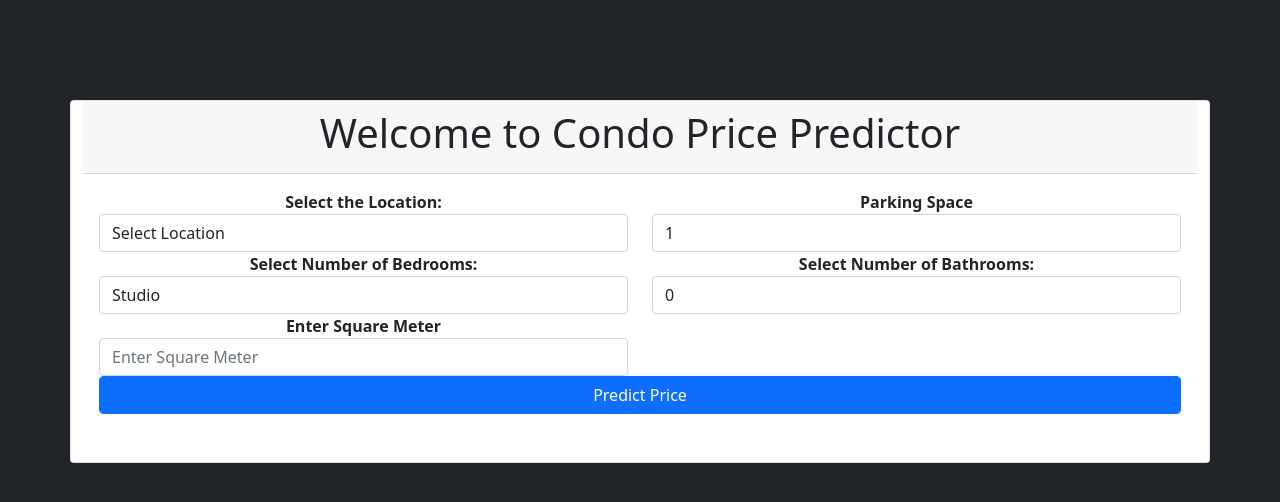
Repository: myothida/condoprice_CNX
Page: http://localhost/
An editor plug-in stored every save of this project. The page is shown before and after a run of saves, followed by the edit.
The browser window is 1280 px wide. The pictures show the whole page.
The page is served by the project's application, run on Flask 3 (main.py).

Above is the page before, as saved 2023-09-26 23:36:06.

After the next 2 saves:
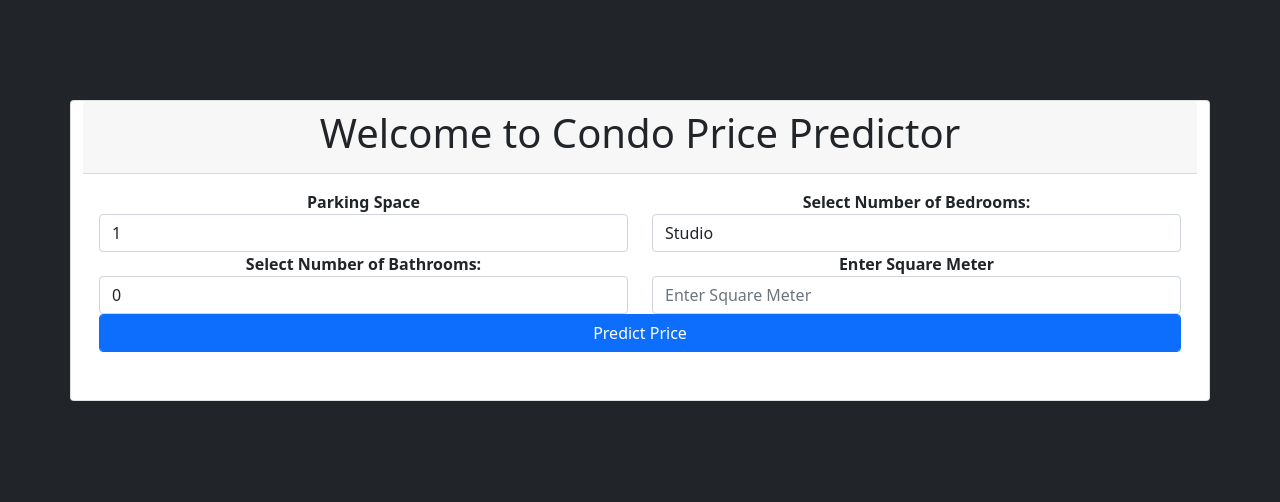
The 2 saves are shown as one change because 1 did not build or start.
The last was saved 60 s later.
--- a/templates/index.html
+++ b/templates/index.html
@@ -25,22 +25,6 @@
           <div class="card-body">
             <form method="post" accept-charset="utf-8">
               <div class="row">
-                <div class="col-md-6 form-group" style="text-align: center">
-                  <label><b> Select the Location: </b> </label>
-                  <select
-                    class="selectpicker form-control"
-                    id="location"
-                    name="location"
-                    required="required"
-                  >
-                    >
-                    <option value="" disabled selected>Select Location</option>
-                    {% for location in locations %}
-                    <option value="{{ location }}">{{ location }}</option>
-                    {% endfor %}
-                  </select>
-                </div>
-
                 <div class="col-md-6 form-group" style="text-align: center">
                   <label><b> Parking Space </b> </label>
                   <select

After the save that followed:
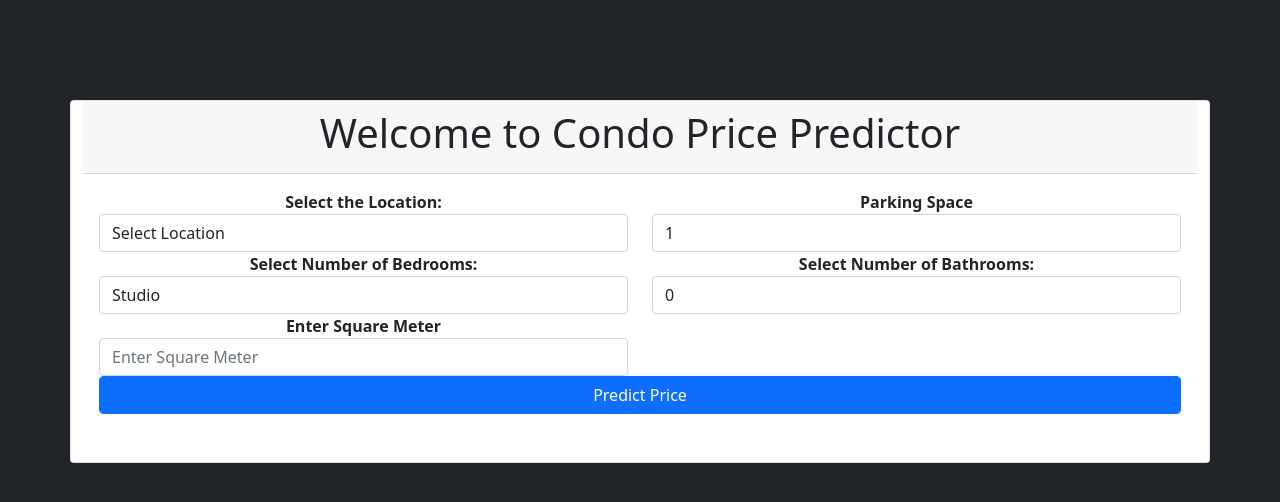
Saved 15 s later.
--- a/templates/index.html
+++ b/templates/index.html
@@ -25,6 +25,22 @@
           <div class="card-body">
             <form method="post" accept-charset="utf-8">
               <div class="row">
+                <div class="col-md-6 form-group" style="text-align: center">
+                  <label><b> Select the Location: </b> </label>
+                  <select
+                    class="selectpicker form-control"
+                    id="location"
+                    name="location"
+                    required="required"
+                  >
+                    >
+                    <option value="" disabled selected>Select Location</option>
+                    {% for location in locations %}
+                    <option value="{{ location }}">{{ location }}</option>
+                    {% endfor %}
+                  </select>
+                </div>
+
                 <div class="col-md-6 form-group" style="text-align: center">
                   <label><b> Parking Space </b> </label>
                   <select
@@ -112,7 +128,7 @@
         xhr.onreadystatechange = function () {
           if (xhr.readyState == XMLHttpRequest.DONE) {
             document.getElementById("prediction").innerHTML =
-              "Prediction:  ฿ " + xhr.responseText;
+              "Prediction:  ฿" + xhr.responseText;
           }
         };
         xhr.onload = function () {};
